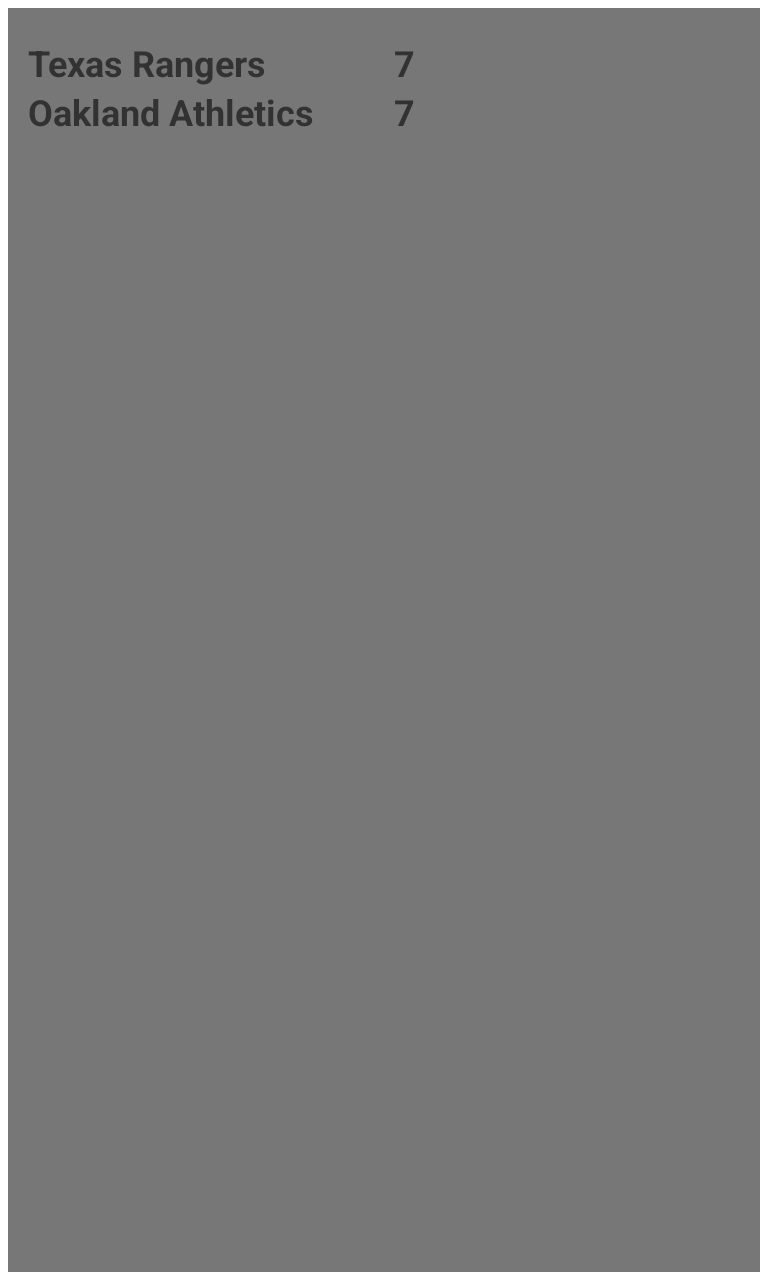
Repository: jemcphe/MDF3
Layout: Week3 Widget/TeamWidget/res/layout/widget_layout.xml
The author's editor kept a copy of each file at every save. The layout is drawn from the files as they stood at one save, then again after the next save.
It is drawn on a 768 x 1280 px phone screen (xhdpi) without system bars, with theme AppTheme; the app's code is not run.

Above is the layout before, as saved 2013-07-26 02:52:23.

### Week3 Widget/TeamWidget/res/layout/widget_layout.xml
<?xml version="1.0" encoding="utf-8"?>
<FrameLayout xmlns:android="http://schemas.android.com/apk/res/android"
    android:layout_width="match_parent"
    android:layout_height="match_parent"
    android:padding="4dp"
    android:orientation="vertical" >

    <GridLayout
            android:id="@+id/teamGrid"
            android:layout_width="match_parent"
            android:layout_height="match_parent"
            android:columnCount="2"
            android:background="#777777"
            android:paddingTop="15dp"
            android:paddingLeft="10dp"
            android:layout_gravity="center_horizontal" >

        <TextView
	        android:id="@+id/team1"
	        android:layout_width="wrap_content"
	        android:layout_height="wrap_content"
	        android:layout_weight="2"
	        android:text="Texas Rangers"
	        android:textSize="18sp"
	        android:textStyle="bold"/>

	    <TextView
	        android:id="@+id/runs1"
	        android:layout_width="wrap_content"
	        android:layout_height="wrap_content"
	        android:layout_weight="1"
	        android:text="7"
	        android:textSize="18sp"
	        android:paddingLeft="40dp"
	        android:textStyle="bold" />

	    <TextView
	        android:id="@+id/team2"
	        android:layout_width="wrap_content"
	        android:layout_height="wrap_content"
	        android:layout_weight="2"
	        android:text="Oakland Athletics"
	        android:textSize="18sp"
	        android:textStyle="bold" />

	    <TextView
	        android:id="@+id/runs2"
	        android:layout_width="wrap_content"
	        android:layout_height="wrap_content"
	        android:layout_weight="1"
	        android:text="7"
	        android:textSize="18sp"
	        android:paddingLeft="40dp"
	        android:textStyle="bold"/>

    </GridLayout>



	<!-- <LinearLayout
	    android:id="@+id/homeTeam"
	    android:layout_width="fill_parent"
	    android:layout_height="wrap_content"
	    android:orientation="horizontal"
	    android:background="#777777"
	    android:padding="5dp">

	    <TextView
	        android:id="@+id/team1"
	        android:layout_width="40dp"
	        android:layout_height="wrap_content"
	        android:layout_weight="2"
	        android:text="Texas Rangers"
	        android:textSize="14sp" />

	    <TextView
	        android:id="@+id/runs1"
	        android:layout_width="40dp"
	        android:layout_height="wrap_content"
	        android:layout_weight="1"
	        android:text="7"
	        android:textSize="14sp" />

	</LinearLayout>

	<LinearLayout
	    android:id="@+id/awayTeam"
	    android:layout_width="fill_parent"
	    android:layout_height="wrap_content"
	    android:orientation="horizontal"
	    android:background="#777777"
	    android:padding="5dp">

	    <TextView
	        android:id="@+id/team2"
	        android:layout_width="40dp"
	        android:layout_height="wrap_content"
	        android:layout_weight="2"
	        android:text="Oakland Athletics"
	        android:textSize="14sp" />

	    <TextView
	        android:id="@+id/runs2"
	        android:layout_width="40dp"
	        android:layout_height="wrap_content"
	        android:layout_weight="1"
	        android:text="7"
	        android:textSize="14sp"/>

	</LinearLayout> -->

</FrameLayout>

Loaded but not shown: Week3 Widget/TeamWidget/res/values/styles.xml (common file); Week3 Widget/TeamWidget/res/values-v11/styles.xml (common file); Week3 Widget/TeamWidget/res/values-v14/styles.xml (common file)

After the next save:
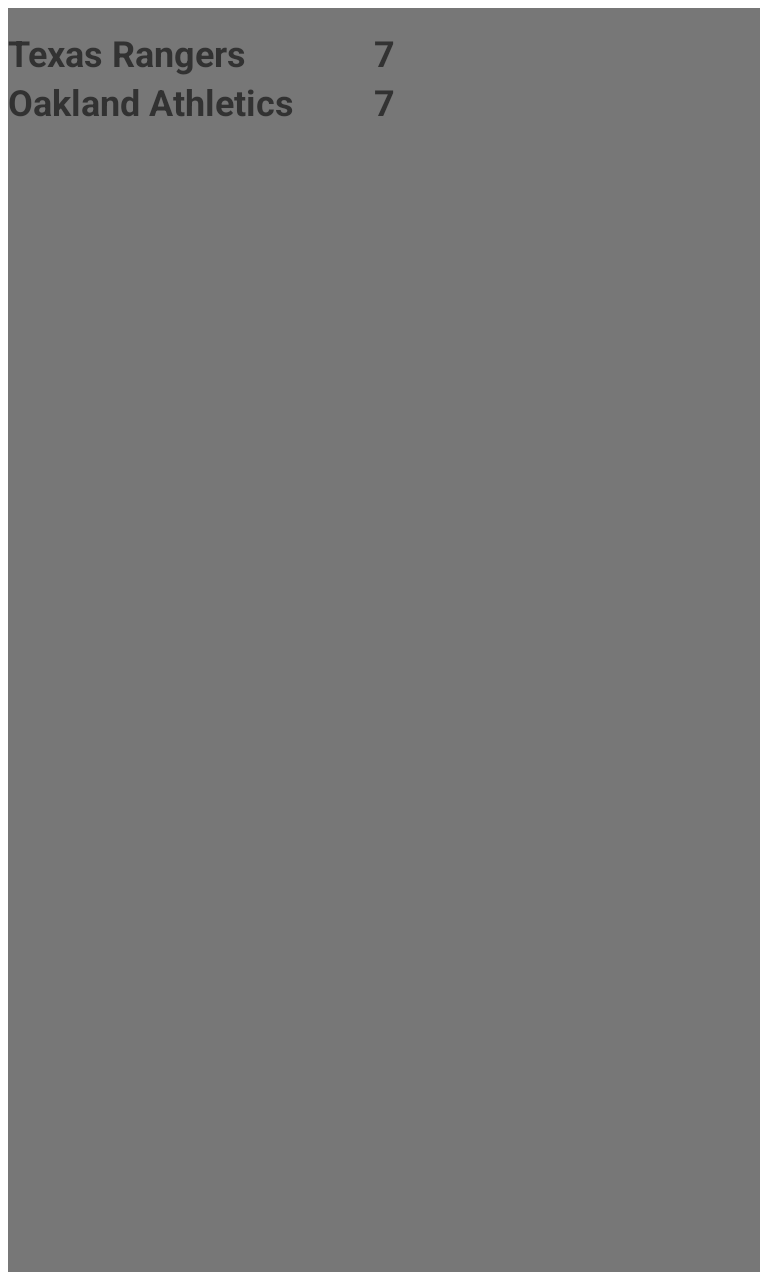
Saved 47 s later.
--- a/Week3 Widget/TeamWidget/res/layout/widget_layout.xml
+++ b/Week3 Widget/TeamWidget/res/layout/widget_layout.xml
@@ -11,8 +11,7 @@
             android:layout_height="match_parent"
             android:columnCount="2"
             android:background="#777777"
-            android:paddingTop="15dp"
-            android:paddingLeft="10dp"
+            android:paddingTop="10dp"
             android:layout_gravity="center_horizontal" >
 
         <TextView
